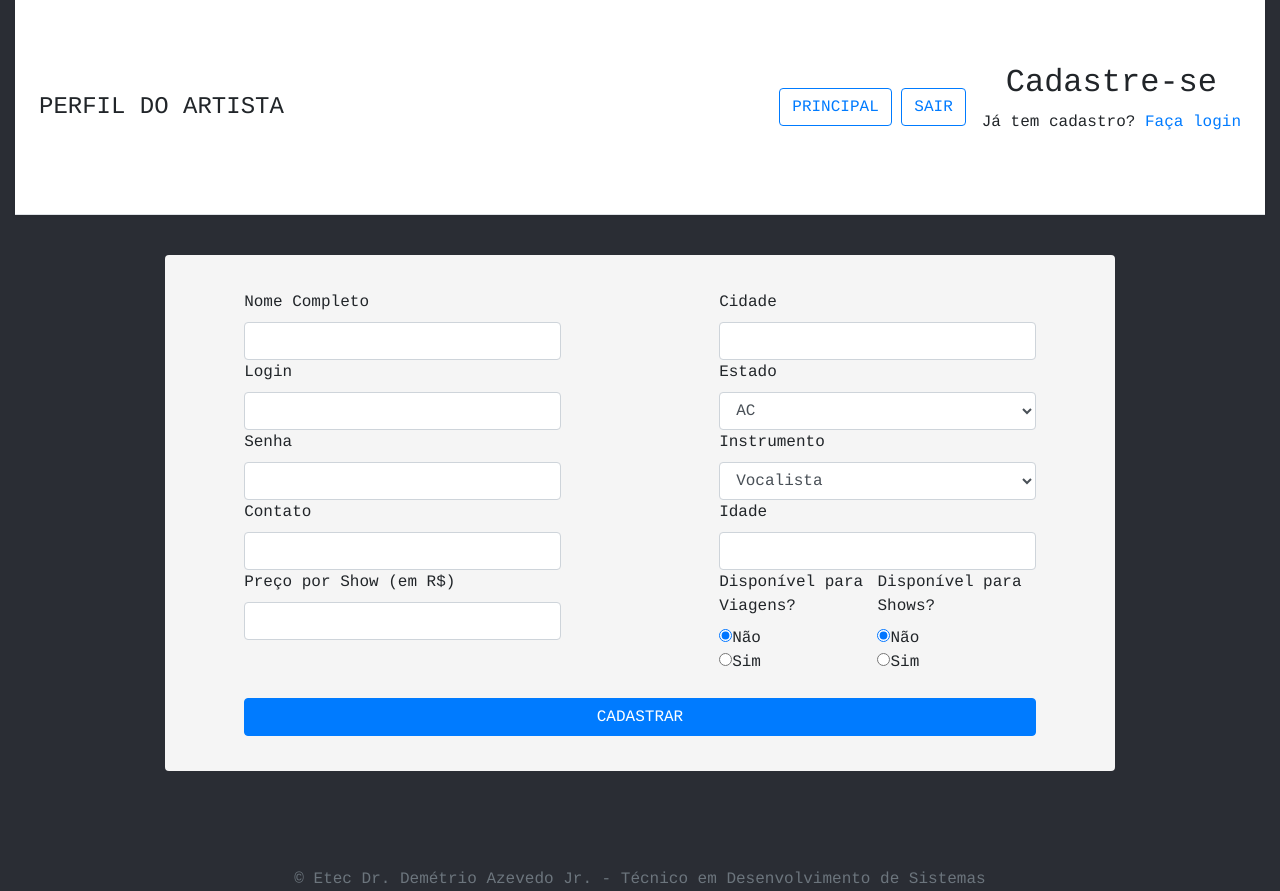
Repository: van051299/aula_20200211_crud
Page: http://localhost/perfil.php
These files come from the project's save history. The page is drawn as it stood at one moment and after the next save; the edit follows.
The browser window is 1280 px wide. The pictures show the whole page.
The page is run by PHP 8.4 with error messages shown; the project is at /var/www/html/. The session is filled in as if someone had signed in: {"login": "testuser"}. Other server files are loaded and not shown.

Above is the page before, as saved 2019-11-22 15:38:45.
Console error: TypeError: Cannot read properties of undefined (reading 'fn')

### 2511-v2.3/perfil.php
<?php
session_start();

include 'conexao.php';

if(empty($_SESSION["login"])){
	echo "<script>alert('Faça o login primeiramente!')</script>";
	header("Location:login.php");
}
?>

<!DOCTYPE html>
<html lang="pt-br">
	<head>
		<title>Perfil</title>
		<!-- Meta tags Obrigatórias -->
		<meta charset="utf-8" />
		<meta name="viewport" content="width=device-width, initial-scale=1, shrink-to-fit=no">
		<!-- Arquivo CSS Bootstrap -->
		<link rel="stylesheet" href="css/bootstrap.min.css" />
		<!-- Arquivo CSS do projeto -->
		<link rel="stylesheet" href="css/estilo.css" />
    <link rel="stylesheet" type="text/css" href="css/stylesheets.css">
		<!-- CSS interno -->
		<style>
		.container {
			max-width: 950px;

		}
		body {
			background-color: #2A2D34;
            font-family:courier,arial,helvetica;
		}
		</style>
  </head>

  <body>

    <div class="container-fluid">
        <div class="d-flex flex-column flex-md-row align-items-center p-3 px-md-4 mb-3 bg-white border-bottom shadow-sm">
            <h4 class="my-0 mr-md-auto font-weight-normal">PERFIL DO ARTISTA</h4>
            <nav class="my-2 my-md-0 mr-md-3">
				<a class="btn btn-outline-primary" href="index.php">PRINCIPAL</a>
				<a class="btn btn-outline-primary" href="logout.php">SAIR</a>
      </nav>

      <div class="py-5 text-center">
        <h2>Cadastre-se</h2>
		      <p>Já tem cadastro?<a href="login.php"> Faça login</a></p>
      </div>
    </div>
    <br>

    <form action="" method="POST">
    <div class="container rounded " style="background-color: #f5f5f5; padding-bottom: 35px; padding-top: 35px;">
      <div class="row">
        <div class="col-1">

        </div>
      <div class="col-4 p-0">
        <label for="nome">Nome Completo</label>
        <input type="text" class="form-control " name="nome" id="nome" placeholder="" value="">
      </div>
      <div class="col-2 p-0">

      </div>
      <div class="col-4 p-0">
        <label for="cidade">Cidade</label>
        <input type="text" class="form-control" name="cidade" id="cidade" placeholder="" required>
      </div>
    </div>

        <div class="row">
          <div class="col-1">

          </div>
          <div class="col-4 p-0">
            <label for="login">Login</label>
            <input type="text" class="form-control" name="login" id="login" placeholder="" required>
          </div>
          <div class="col-2">

          </div>
          <div class="col-4 p-0">
            <label for="estado">Estado</label>
                <select class="form-control" name="estado" id="estado">
                    <option value="ac">AC</option>
                    <option value="al">AL</option>
                    <option value="ap">AP</option>
                    <option value="am">AM</option>
                    <option value="ba">BA</option>
                    <option value="ce">CE</option>
                    <option value="df">DF</option>
                    <option value="es">ES</option>
                    <option value="go">GO</option>
                    <option value="ma">MA</option>
                    <option value="ms">MS</option>
                    <option value="mt">MT</option>
                    <option value="mg">MG</option>
                    <option value="pa">PA</option>
                    <option value="pb">PB</option>
                    <option value="pr">PR</option>
                    <option value="pe">PE</option>
                    <option value="pi">PI</option>
                    <option value="rj">RJ</option>
                    <option value="rn">RN</option>
                    <option value="ro">RO</option>
                    <option value="rr">RR</option>
                    <option value="rs">RS</option>
                    <option value="sc">SC</option>
                    <option value="sp">SP</option>`
                    <option value="to">TO</option>
                    <option value="se">SE</option>
                </select>
          </div>
        </div>

        <div class="row">
          <div class="col-1">

          </div>
          <div class="col-4 p-0 ">
            <label for="senha">Senha</label>
            <input type="password" class="form-control" name="senha" id="senha" placeholder="" required>
          </div>
          <div class="col-2">

          </div>
          <div class="col-4 p-0">
            <label for="instrumento">Instrumento</label>
                <select class="form-control" name="instrumento" id="instrumento">
                    <option value="vocalista">Vocalista</option>
                    <option value="violao">Violão</option>
                    <option value="guitarra">Guitarra</option>
                    <option value="bateria">Bateria</option>
                    <option value="teclado">Teclado</option>
                    <option value="percussao">Percussão</option>
                    <option value="contrabaixo">Contrabaixo</option>
                    <option value="baixo">Baixo</option>
                    <option value="cavaquinho">Cavaquinho</option>
                    <option value="pandeiro">Pandeiro</option>
                </select>
          </div>
        </div>
        <div class="row">
          <div class="col-1">

          </div>
          <div class="col-4 p-0">
             <label for="contato">Contato</label>
              <input type="text" class="form-control" name="contato" id="contato" maxlength="15" required>
          </div>
          <div class="col-2">

          </div>
          <div class="col-4 p-0">
            <label for="idade">Idade</label>
            <input type="number" class="form-control" name="idade" id="idade" placeholder="" required>
          </div>
        </div>
        <div class="row">
          <div class="col-1">

          </div>
          <div class="col-4 p-0">
            <label for="preco">Preço por Show (em R$)</label>
            <input type="number" class="form-control" name="preco" id="preco" placeholder="" required>
          </div>
          <div class="col-2">

          </div>
          <div class="col-2 p-0">
            <label for="viagem">Disponível para Viagens?</label><br>
            <input type="radio"  name="viagem" value="nao" id="viagem" placeholder="" checked>Não<br>
            <input type="radio"  name="viagem" value="sim" id="viagem" placeholder="" >Sim
          </div>
          <div class="col-2 p-0">
            <label for="disponivel">Disponível para Shows?</label><br>
            <input type="radio"  name="disponivel" value="nao" id="disponivel" placeholder="" checked>Não<br>
            <input type="radio"  name="disponivel" value="sim" id="disponivel" placeholder="" >Sim
          </div>
        </div>
        <div class="row">
          <div class="col-12">
            <br>
          </div>
        </div>

        <div class="row">


          <div class="col-1">

          </div>
          <div class="col-10 p-0" >
            <input type="submit" class="btn btn-primary  btn-block" value="CADASTRAR">
          </div>
        </div>
  	</div><!-- fim class container -->
    <footer class="my-5 pt-5 text-muted text-center text-small">
        <p class="mb-1">&copy; Etec Dr. Demétrio Azevedo Jr. - Técnico em Desenvolvimento de Sistemas</p>
      </footer>
	<!-- documentos javascript -->
	<script src="js/bootstrap.min.js"></script>
	<script src="js/jquery.min.js"></script>
	<script src="js/popper.min.js"></script>
  </body>
</html>

### 2511-v2.3/conexao.php
<?php
$servidor = "localhost";
$usuario = "root";
$senha = ""; //minas
$database = "MUSICA";

$conexao = mysqli_connect($servidor, $usuario, $senha, $database);
mysqli_set_charset($conexao, "utf8");

if(!$conexao)
	echo "Falha na conexão do Database!" . mysqli_connect_error();
else
	//echo "Conexão bem-sucedida!";

?>

### 2511-v2.3/css/estilo.css
/* documento CSS */
html,
body {
  height: 100%;
}



.lh-condensed { line-height: 1.25; }

.form-signin {
  width: 100%;
  max-width: 300px;
  padding: 15px;
  margin: auto;
  text-align:center;
}
.form-signin {
  font-weight: 400;
}
.form-signin .form-control {
  position: relative;
  box-sizing: border-box;
  height: auto;
  padding: 10px;
  font-size: 16px;
}
.form-signin .form-control:focus {
  z-index: 2;
}
.form-signin input[type="text"] {
  margin-bottom: -1px;
  border-bottom-right-radius: 0;
  border-bottom-left-radius: 0;
}
.form-signin input[type="password"] {
  margin-bottom: 10px;
  border-top-left-radius: 0;
  border-top-right-radius: 0;
}
.semcadastro {
  padding-top: 30px;
}
.semcadastro p a{
  text-decoration:none;
  font-weight:800;
}

Loaded but not shown: 2511-v2.3/css/bootstrap.min.css (library); 2511-v2.3/js/bootstrap.min.js (library); 2511-v2.3/js/jquery.min.js (library); 2511-v2.3/js/popper.min.js (library); 2511-v2.3/css/stylesheets.css (no stored copy; drawn as an empty file)

After the next save:
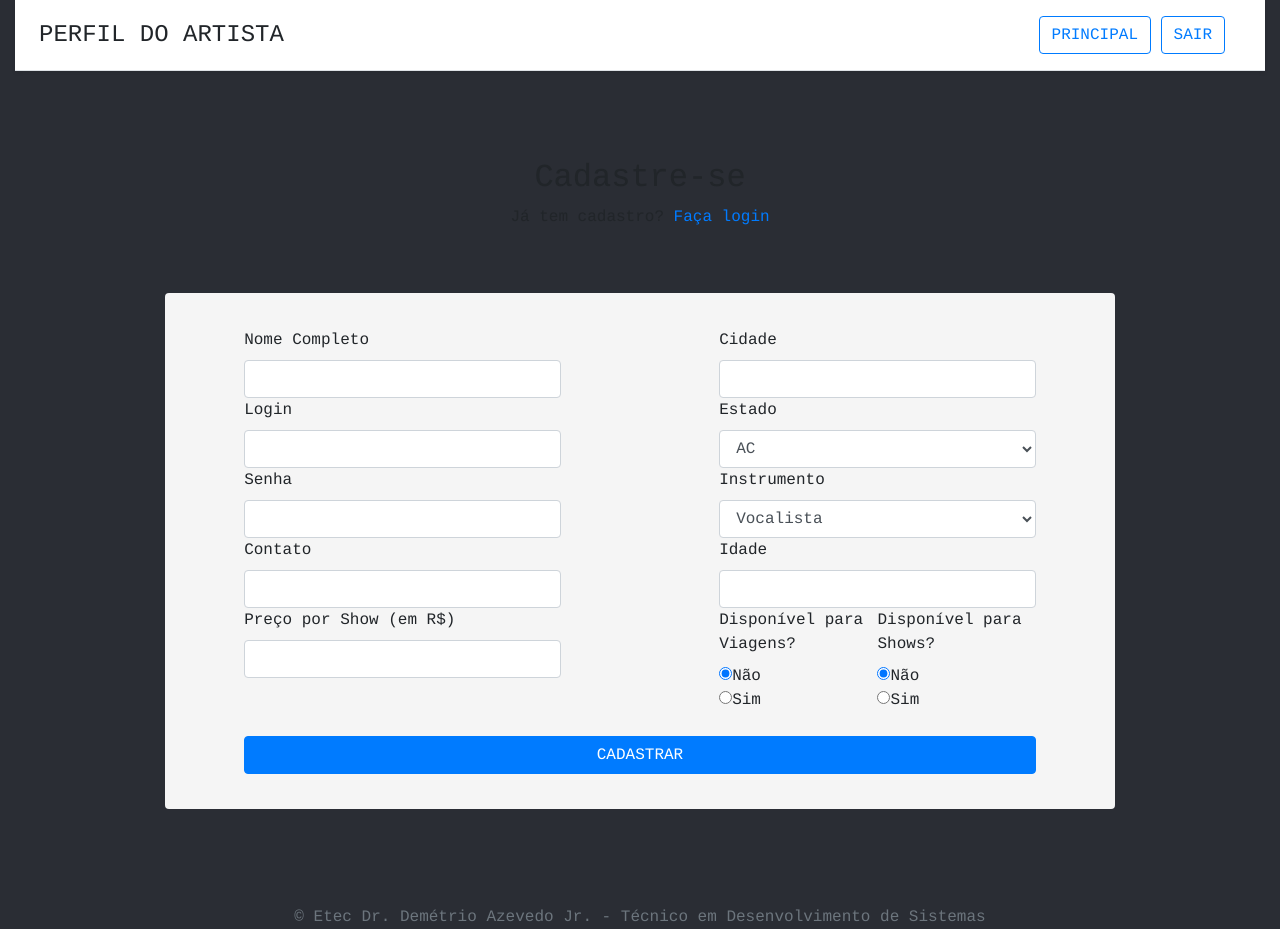
Saved 54 s later.
--- a/2511-v2.3/perfil.php
+++ b/2511-v2.3/perfil.php
@@ -43,13 +43,13 @@ if(empty($_SESSION["login"])){
 				<a class="btn btn-outline-primary" href="index.php">PRINCIPAL</a>
 				<a class="btn btn-outline-primary" href="logout.php">SAIR</a>
       </nav>
-
-      <div class="py-5 text-center">
+    </div>
+    <br>
+
+    <div class="py-5 text-center">
         <h2>Cadastre-se</h2>
 		      <p>Já tem cadastro?<a href="login.php"> Faça login</a></p>
       </div>
-    </div>
-    <br>
 
     <form action="" method="POST">
     <div class="container rounded " style="background-color: #f5f5f5; padding-bottom: 35px; padding-top: 35px;">
